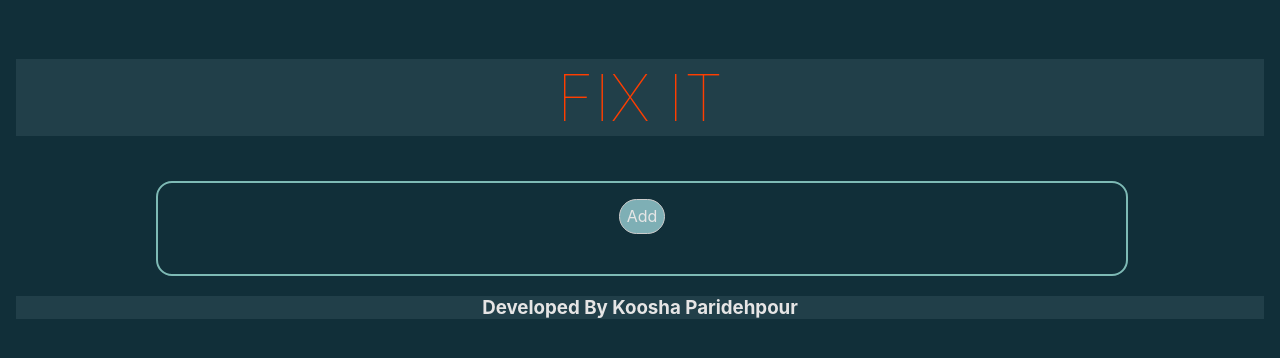
Repository: KooshaPari/fixit-go
Page: / (app in frontend/)
An editor plug-in stored every save of this project. The page is shown before and after a run of saves, followed by the edit.
The browser window is 1280 px wide. The pictures show the whole page.
The page's requests for data from a server got no answer. The project was rebuilt for these pictures with package versions that can differ from the ones it lists, and the page was loaded fresh each time. No one was signed in, and anything a server would have sent is missing.

Above is the page before, as saved 2024-09-24 23:17:33.

### frontend/public/index.html
<!DOCTYPE html>
<html lang="en">
	<head>
		<meta charset="utf-8" />
		<meta name="viewport" content="width=device-width,initial-scale=1" />

		<title>Svelte app</title>

		<link rel="icon" type="image/png" href="/favicon.png" />
		<link rel="stylesheet" href="/global.css" />
		<link rel="stylesheet" href="/build/bundle.css" />

		<script defer src="/build/bundle.js"></script>
	</head>

	<body></body>
</html>

### frontend/src/main.js
import App from "./App.svelte";

const app = new App({
	target: document.body,
	props: {
		name: "fixIt",
	},
});

### frontend/src/App.svelte
<script>
	import { onMount, afterUpdate } from "svelte";
	import Modal from "./Modal.svelte";
	import { prevent_default } from "svelte/internal";
	import { fly, fade } from "svelte/transition";
	let todos = [];
	let tempid = -1;
	onMount(async () => {
		try {
			const response = await fetch("http://localhost:8081/api/todos");
			if (!response.ok) {
				throw new Error(`HTTP error! status: ${response.status}`);
			}
			console.log("GRABBING TODOS");
			todos = await response.json();
		} catch (error) {
			console.error("Error fetching todos:", error);
		}
	});
	let showCreateModal = false;
	let showEditModal = false;
	async function loadEditPopup(id) {
		showEditModal = true;
		const response = await fetch(`http://localhost:8081/api/todos/${id}`, {
			method: "GET",
			headers: { "Content-Type": "application/json" },
		});
		const todo = await response.json();
		// Update the title, description, and dueDate variables
		title = todo.title;
		description = todo.description;
		dueDate = todo.dueDate;
		tempid = todo.id;
	}
	async function editTodo(title, description, dueDate) {
		const id = tempid;
		const newTodo = { id, title, description, dueDate };
		tempid = -1;
		try {
			const response = await fetch(`http://localhost:8081/api/todos/${id}`, {
				method: "PUT",
				headers: { "Content-Type": "application/json" },
				body: JSON.stringify(newTodo),
			});
			const updatedTodo = await response.json();
			todos = todos.map((todo) => (todo.id === id ? updatedTodo : todo));
		} catch (error) {
			console.error("Error editing todo:", error);
		}
	}

	async function createTodo(title, description, dueDate) {
		/**Generate ToDo Object, add to local array, then create fetch object to server to add to remote array*/

		const newTodo = { title, description, dueDate };
		try {
			const response = await fetch("http://localhost:8081/api/todos", {
				method: "POST",
				headers: { "Content-Type": "application/json" },
				body: JSON.stringify(newTodo),
			});
			const createdTodo = await response.json();
			todos = [...todos, createdTodo];
		} catch (error) {
			console.error("Error creating todo:", error);
		}
		showCreateModal = false;
	}
	async function deleteTodo(id) {
		console.log("DELETING: " + id);
		if (id !== undefined) {
			todos = todos.filter((todo) => todo.id !== id);
			const response = await fetch(`http://localhost:8081/api/todos/${id}`, {
				method: "DELETE",
				headers: { "Content-Type": "application/json" },
			});
		} else {
			console.error("Cannot delete todo item: id is undefined");
		}
	}
	let title;
	let description;
	let dueDate;
</script>

<main>
	<!---->

	<div id="header">
		<div id="logoCont">
			<h1>Fix It</h1>
		</div>
	</div>
	<div id="body">
		<div id="fixItApp" style="overflow: hidden;">
			<Modal bind:showModal={showEditModal}>
				<h2>Edit Todo Item</h2>
				<form>
					<input
						type="text"
						id="todo-title"
						bind:value={title}
						placeholder="Todo title"
					/>
					<input
						type="text"
						id="todo-description"
						bind:value={description}
						placeholder="Todo description"
					/>
					<input
						type="text"
						id="todo-dueDate"
						bind:value={dueDate}
						placeholder="Todo dueDate"
					/>
					<button
						on:click={(event) => {
							editTodo(title, description, dueDate);
						}}>Edit</button
					>
				</form>
			</Modal>
			<Modal bind:showModal={showCreateModal}>
				<h2>Create Todo Item</h2>
				<form>
					<input
						type="text"
						id="todo-title"
						bind:value={title}
						placeholder="Todo title"
					/>
					<input
						type="text"
						id="todo-description"
						bind:value={description}
						placeholder="Todo description"
					/>
					<input
						type="text"
						id="todo-dueDate"
						bind:value={dueDate}
						placeholder="Todo dueDate"
					/>
					<button on:click={() => createTodo(title, description, dueDate)}
						>Create</button
					>
				</form>
			</Modal>
			<div id="todoList">
				<button
					on:click={() => {
						showCreateModal = true;
					}}
					class="addBtn">Add</button
				>

				<ul id="todos">
					{#each todos as todo, index}
						<li
							class="todoLstItm"
							in:fly={{ y: 200, duration: 2000, delay: index * 100 }}
							out:fade={{ duration: 2000 }}
						>
							<div class="todoLstItmContLeft">
								<button
									on:click={() => deleteTodo(todo.id)}
									class="completeBtn todoBtn">&#10003;</button
								>
							</div>
							<div class="todoLstItmConRight">
								<h3 style="padding-inline: 1em; font-size: 0.75em; width: 40%;">
									{todo.title}
								</h3>
								<div style="display:flex; flex-direction:column; width: 40% ">
									<p class="todotxt">{todo.description}</p>
									<!-- due Date below-->
									<p class="todotxt">{todo.dueDate}</p>
								</div>
								<div class="todoLstItmConRightBtns">
									<button
										on:click={() => loadEditPopup(todo.id)}
										class="deleteBtn todoBtn">&#9998;</button
									>
									<button
										on:click={() => deleteTodo(todo.id)}
										class="editBtn todoBtn">&#10006;</button
									>
								</div>
							</div>
						</li>
					{/each}
				</ul>
			</div>
		</div>
	</div>
	<div id="footer">
		<h3>Developed By Koosha Paridehpour</h3>
	</div>
</main>

<style>
	main {
		text-align: center;
		padding: 1em;
		max-width: 240px;
		margin: 0 auto;
	}

	h1 {
		color: #ff3e00;
		text-transform: uppercase;
		font-size: 4em;
		font-weight: 100;
	}
	#fixItApp {
		border: 2px solid #7ebab5;
		padding: 1em;
		border-radius: 1em;
		width: 75%;
		max-height: 65vh;
	}
	#fixItApp button:hover {
		background-color: #0e4a45;
	}
	#fixItApp button:active {
		background-color: #0a4440;
	}
	@media (min-width: 640px) {
		main {
			max-width: none;
		}
	}
	.todoLstItmContLeft {
		background-color: #314d59;
		width: 25%;
		border-radius: 0.625em 0 0 0.625em;
		display: flex;
		align-items: center;
		justify-content: center;
	}
	.todoLstItmConRight {
		width: 75%;
		justify-content: center;
		align-items: center;
		overflow: hidden;
	}
	.todoLstItmConRight * {
		display: flex;
		justify-content: flex-start;
		align-items: flex-start;
	}
	.todoLstItmConRightBtns {
		display: flex;
		flex-direction: column;
		width: 20%;
		padding: 0.5em;
	}
	.todoLstItm {
		background-color: #415d69;
		margin: 0;
		border-radius: 0.625em;
		box-shadow: 0 0 10px rgba(0, 0, 0, 0.3);
		display: flex;
		flex-direction: row;
	}
	.todotxt {
		font-size: 0.25em;
		text-align: left;
	}
	.todoLstItmContLeft,
	.todoLstItmConRight {
		display: flex;
		padding: 0.25em;
	}
	ul {
		list-style-type: none;
	}
	#body {
		align-items: flex-start;
		justify-content: center;
		display: flex;
		width: 100%;
		padding: 0.125em;
	}
	#header,
	#footer {
		background-color: #213f49;
		width: 100%;
		margin: 0;
	}
	.todoBtn {
		background-color: #314d59;
		border-radius: 0.5em;
		color: #f6f5f5;
		width: 100%;
		height: 25%;
		padding: 0.25em;
		display: flex;
		align-items: center;
		justify-content: center;
	}
	.completeBtn {
		width: 2.5em;
		height: 2.5em;
		padding: 0.25em;
		border-radius: 2.5em;
		background-color: #7eafb5;
		font-size: 100%;
	}
	#popupCont {
		background-color: #213f49;
		width: 100%;
		height: 100%;
		display: none;
		flex-direction: column;
		align-items: center;
		justify-content: center;
	}
	.popup.open {
		display: block !important;
	}
	#todos {
		padding-inline-start: 0 !important;
	}
	#todos > li {
		margin: 0.5em;
	}
	.addBtn {
		border-radius: 2em;
		background-color: #7eafb5;
		color: #e6e6e6;
	}
</style>

### frontend/src/Modal.svelte
<script>
	export let showModal; // boolean

	let dialog; // HTMLDialogElement

	$: if (dialog && showModal) dialog.showModal();
</script>

<!-- svelte-ignore a11y-click-events-have-key-events a11y-no-noninteractive-element-interactions -->
<dialog
	bind:this={dialog}
	on:close={() => (showModal = false)}
	on:click|self={() => dialog.close()}
>
	<!-- svelte-ignore a11y-no-static-element-interactions -->
	<div on:click|stopPropagation>
		<slot name="header" />
		<hr />
		<slot />
		<hr />
		<!-- svelte-ignore a11y-autofocus -->
		<button autofocus on:click={() => dialog.close()}>close</button>
	</div>
</dialog>

<style>
	dialog {
		max-width: 32em;
		border-radius: 1em;
		border: none;
		padding: 1em;
		background-color: #213f49;
		color: #e6e6e6;
	}
	dialog::backdrop {
		background: rgba(0, 0, 0, 0.3);
	}
	dialog > div {
		padding: 1em;
	}
	dialog[open] {
		animation: zoom 0.3s cubic-bezier(0.34, 1.56, 0.64, 1);
	}
	dialog button {
		border-radius: 2em;
		background-color: #7ebab5;
	}
	@keyframes zoom {
		from {
			transform: scale(0.95);
		}
		to {
			transform: scale(1);
		}
	}
	dialog[open]::backdrop {
		animation: fade 0.2s ease-out;
	}
	@keyframes fade {
		from {
			opacity: 0;
		}
		to {
			opacity: 1;
		}
	}
	button {
		display: block;
	}
</style>

### frontend/public/global.css
html,
body {
	position: relative;
	width: 100%;
	height: 100%;
}

body {
	color: #e6e5e5;
	background-color: #112f39;
	margin: 0;
	padding: 0px;
	box-sizing: border-box;
	font-family: -apple-system, BlinkMacSystemFont, "Segoe UI", Roboto,
		Oxygen-Sans, Ubuntu, Cantarell, "Helvetica Neue", sans-serif;
}

a {
	color: rgb(0, 100, 200);
	text-decoration: none;
}

a:hover {
	text-decoration: underline;
}

a:visited {
	color: rgb(0, 80, 160);
}

label {
	display: block;
}

input,
button,
select,
textarea {
	font-family: inherit;
	font-size: inherit;
	-webkit-padding: 0.4em 0;
	padding: 0.4em;
	margin: 0 0 0.5em 0;
	box-sizing: border-box;
	border: 1px solid #ccc;
	border-radius: 2px;
}

input:disabled {
	color: #ccc;
}

button {
	color: #333;
	background-color: #f4f4f4;
	outline: none;
}

button:disabled {
	color: #999;
}

button:not(:disabled):active {
	background-color: #ddd;
}

button:focus {
	border-color: #666;
}

After the next 3 saves:
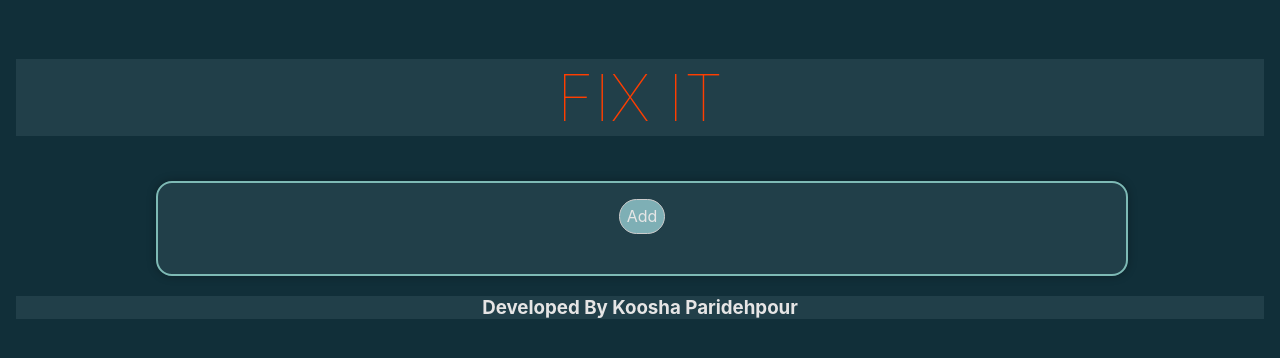
The 3 saves are shown as one change because they came seconds apart.
The last was saved 21 s later.
--- a/frontend/src/App.svelte
+++ b/frontend/src/App.svelte
@@ -219,6 +219,8 @@
 		border-radius: 1em;
 		width: 75%;
 		max-height: 65vh;
+		box-shadow: 0 0 10px rgba(0, 0, 0, 0.3);
+		background-color: #213f49;
 	}
 	#fixItApp button:hover {
 		background-color: #0e4a45;
